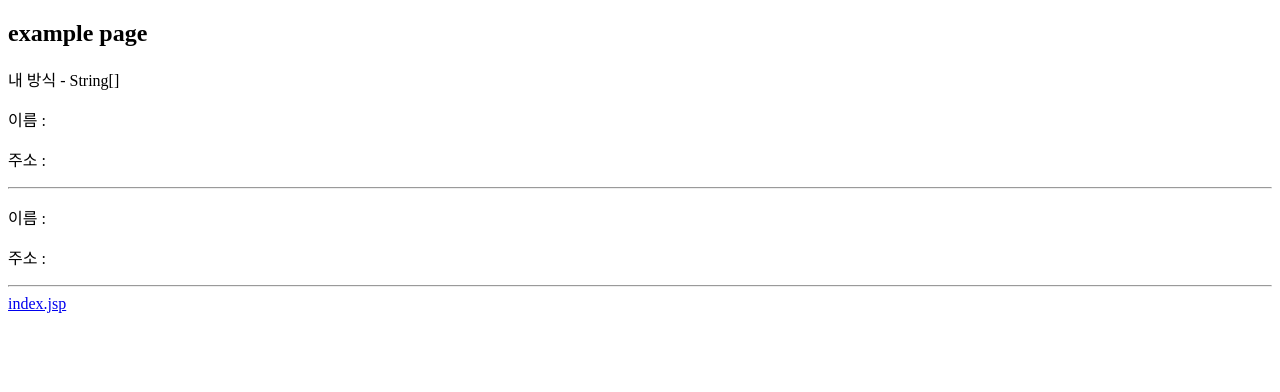
Repository: JhPlayGround/jsp
Page: http://localhost/chap02_Annotation/WEB-INF/views/example/test_result.jsp
An editor plug-in stored every save of this project. The page is shown before and after the next save, followed by the edit.
The browser window is 1280 px wide. The pictures show the whole page.
The page is served by Tomcat 9. Nobody is signed in. Other server files are loaded and not shown. The template is opened directly, without the code that normally fills it, so the values that code supplies are empty.

Above is the page before, as saved 2019-08-02 07:15:33.

### workspace/chap02_Annotation/src/main/webapp/WEB-INF/views/example/test_result.jsp
<%@ page language="java" contentType="text/html; charset=UTF-8"
    pageEncoding="UTF-8"%>
<!DOCTYPE html>
<html>
<head>
<meta charset="UTF-8">
<title>Example TestResult</title>
</head>
<body>
	<h2>example page</h2>
	<p>내 방식 - String[]</p>
	<p> 이름 : <font color = "skyblue">${name}</font></p>
	<p> 주소 : <font color = "skyblue">${addr}</font></p>
	<hr>
	<p> 이름 : <font color = "skyblue">${name2}</font></p>
	<p> 주소 : <font color = "skyblue">${addr2}</font></p>
	<hr/>
	<a href="<%=request.getContextPath()%>/">index.jsp</a>
</body>
</html>

After the next save:
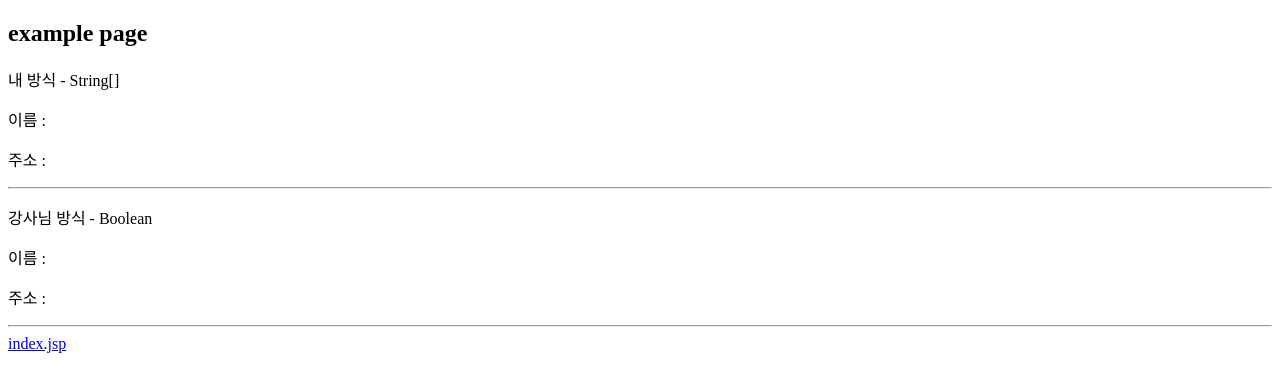
Saved 11 s later.
--- a/workspace/chap02_Annotation/src/main/webapp/WEB-INF/views/example/test_result.jsp
+++ b/workspace/chap02_Annotation/src/main/webapp/WEB-INF/views/example/test_result.jsp
@@ -12,6 +12,7 @@
 	<p> 이름 : <font color = "skyblue">${name}</font></p>
 	<p> 주소 : <font color = "skyblue">${addr}</font></p>
 	<hr>
+	<p>강사님 방식 - Boolean</p>
 	<p> 이름 : <font color = "skyblue">${name2}</font></p>
 	<p> 주소 : <font color = "skyblue">${addr2}</font></p>
 	<hr/>
